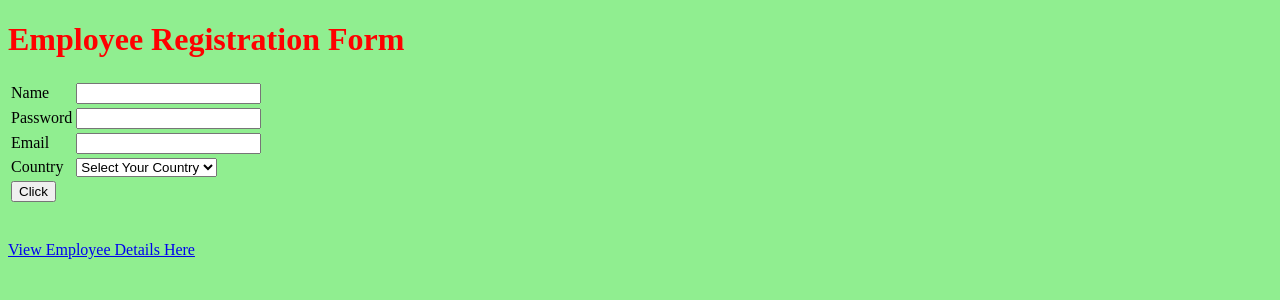
Repository: SurajPawar15-smart/JAVAProjects
Page: 15.DatabaseServletDemo/WebContent/index.html
The author's editor kept a copy of each file at every save. The page is drawn from the files as they stood at one save, then again after the next save.
The browser window is 1280 px wide. The pictures show the whole page.

Above is the page before, as saved 2020-09-28 09:45:40.

After the next save:
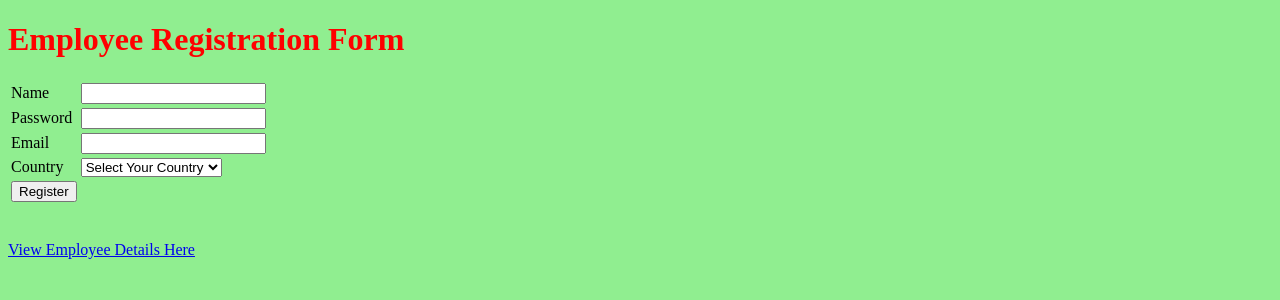
Saved 38 s later.
--- a/15.DatabaseServletDemo/WebContent/index.html
+++ b/15.DatabaseServletDemo/WebContent/index.html
@@ -46,7 +46,7 @@ color:red;
 </tr>
 
 <tr>
-<td><input type="submit" value="Click"></td>
+<td><input type="submit" value="Register"></td>
 </tr>
 
 </table>
